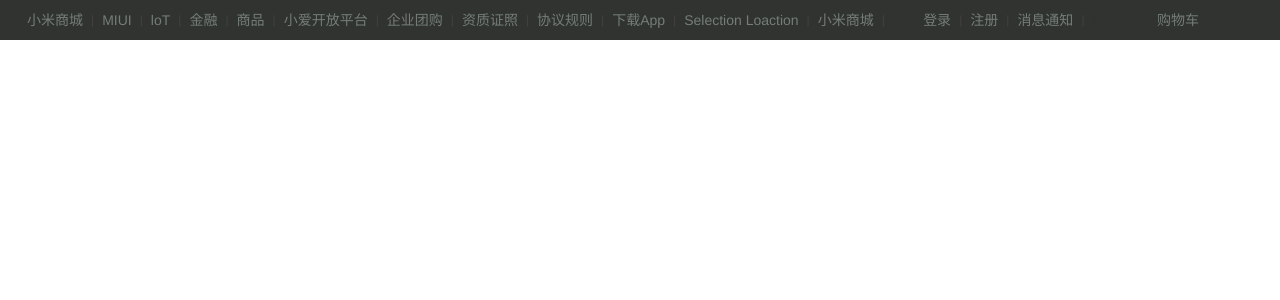
Repository: chenguocan/mi
Page: index.html
The author's editor kept a copy of each file at every save. The page is drawn from the files as they stood at one save, then again after the next save.
The browser window is 1280 px wide. The pictures show the whole page.

Above is the page before, as saved 2020-10-13 10:32:32.

### index.html
<!DOCTYPE html>
<html lang="en">

<head>
    <meta charset="UTF-8">
    <title>小米商城 - 小米10 Pro、Redmi K30 Pro、小米MIX Alpha，小米电视官方网站</title>
    <meta name="viewport" content="width=1226">
    <link rel="stylesheet" href="./css/reset.css">
    <link rel="stylesheet" href="./css/index.css">
    <link rel="stylesheet" href="./css/base.css">
    <link rel="stylesheet" href="./font/css/all.min.css">
</head>

<body>
    <div class="topbar-wrapper">
        <div class="topbar w">
            <ul class="service">
                <li><a href="javascript:;">小米商城</a></li>
                <li class="line">|</li>
                <li><a href="javascript:;">MIUI</a></li>
                <li class="line">|</li>
                <li><a href="javascript:;">loT</a></li>
                <li class="line">|</li>
                <li><a href="javascript:;">金融</a></li>
                <li class="line">|</li>
                <li><a href="javascript:;">商品</a></li>
                <li class="line">|</li>
                <li><a href="javascript:;">小爱开放平台</a></li>
                <li class="line">|</li>
                <li><a href="javascript:;">企业团购</a></li>
                <li class="line">|</li>
                <li><a href="javascript:;">资质证照</a></li>
                <li class="line">|</li>
                <li><a href="javascript:;">协议规则</a></li>
                <li class="line">|</li>
                <li><a href="javascript:;">下载App</a></li>
                <li class="line">|</li>
                <li><a href="javascript:;">Selection Loaction</a></li>
                <li class="line">|</li>
                <li><a href="javascript:;">小米商城</a></li>
                <li class="line">|</li>
            </ul>
            <ul class="shop-cart">
                <li><i class="fa-adobe"></i><a href="javascript:;">购物车</a></li>
            </ul>
            <ul class="user">
                <li><a href="javascript:;">登录</a></li>
                <li class="line">|</li>
                <li><a href="javascript:;">注册</a></li>
                <li class="line">|</li>
                <li><a href="javascript:;">消息通知</a></li>
                <li class="line">|</li>
            </ul>
        </div>
    </div>
</body>

</html>

### css/reset.css
/* v2.0 | 20110126
  http://meyerweb.com/eric/tools/css/reset/
  License: none (public domain)
*/
html, body, div, span, applet, object, iframe,
h1, h2, h3, h4, h5, h6, p, blockquote, pre,
a, abbr, acronym, address, big, cite, code,
del, dfn, em, img, ins, kbd, q, s, samp,
small, strike, strong, sub, sup, tt, var,
b, u, i, center,
dl, dt, dd, ol, ul, li,
fieldset, form, label, legend,
table, caption, tbody, tfoot, thead, tr, th, td,
article, aside, canvas, details, embed,
figure, figcaption, footer, header, hgroup,
menu, nav, output, ruby, section, summary,
time, mark, audio, video {
    margin: 0;
    padding: 0;
    border: 0;
    font-size: 100%;
    font: inherit;
    vertical-align: baseline;
}
/* HTML5 display-role reset for older browsers */
article, aside, details, figcaption, figure,
footer, header, hgroup, menu, nav, section {
    display: block;
}
body {
    line-height: 1;
}
ol, ul {
    list-style: none;
}
blockquote, q {
    quotes: none;
}
blockquote:before, blockquote:after,
q:before, q:after {
    content: '';
    content: none;
}
table {
    border-collapse: collapse;
    border-spacing: 0;
}

### css/index.css
*{
    box-sizing: border-box;
}
.topbar-wrapper{
    background:rgb(48, 51, 48);
    height: 40px;
    width: 100%;
}
.topbar .service{
    float: left;
}
.topbar .user,.topbar .shop-cart{
    float: right;
}
.topbar ul li{
    line-height: 40px;
    float: left;
}
.topbar ul li a{
    display: inline-block;
    color:rgb(116, 125, 118);
}
.topbar ul li a:hover{
    color:white;
}
.topbar .line{
    font-size:12px;
    color:#424242;
    margin:0 8px;
}
.topbar .shop-cart a{
    width: 150px;
    text-align: center;
}
.topbar .shop-cart:hover a{
    color:rgb(255, 103, 0);
    background: white;
}

### css/base.css

.clearfix::before,
.clearfix::after{
    content: '';
    display: table;
    clear: both;
}

body{
    color: rgb(51,51,51);
    font: 14px/1.5 "Helvetica Neue", Helvetica, Arial, "Microsoft Yahei", "Hiragino Sans GB", "Heiti SC", "WenQuanYi Micro Hei", sans-serif;
    min-width: 1226px;
}
a{
    text-decoration: none;
    color:#333;
}
.w{
    width: 1226px;
    margin-left:auto;
    margin-right: auto;
}

Loaded but not shown: font/css/all.min.css (library)

After the next save:
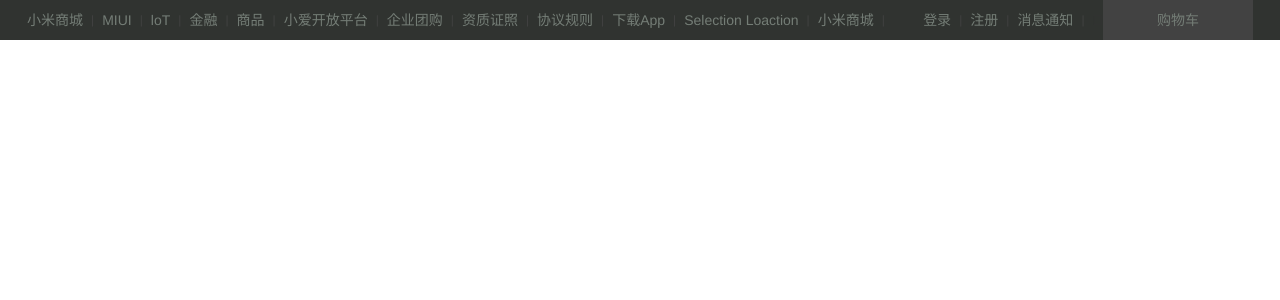
Saved 69 s later.
--- a/css/index.css
+++ b/css/index.css
@@ -29,6 +29,7 @@
     margin:0 8px;
 }
 .topbar .shop-cart a{
+    background: #424242;
     width: 150px;
     text-align: center;
 }
